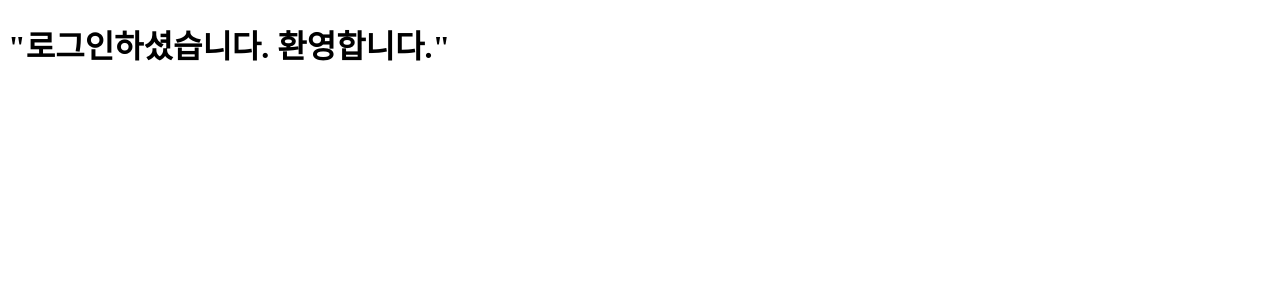
Repository: SimpleRan/jsp_paractice2
Page: http://localhost/JSPBasic/jspobject/cookie/login_ok.jsp
An editor plug-in stored every save of this project. The page is shown before and after the next save, followed by the edit.
The browser window is 1280 px wide. The pictures show the whole page.
The page is served by Tomcat 9.

Above is the page before, as saved 2022-03-29 08:36:04.

After the next save:
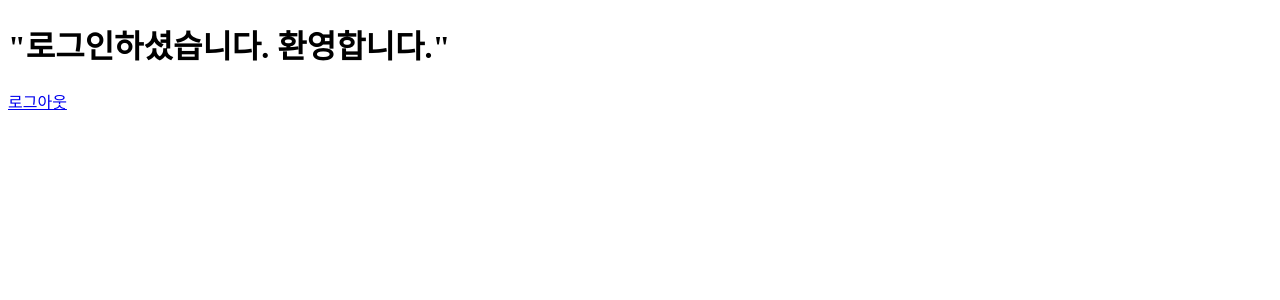
Saved 16 s later.
--- a/JSPBasic/src/main/webapp/jspobject/cookie/login_ok.jsp
+++ b/JSPBasic/src/main/webapp/jspobject/cookie/login_ok.jsp
@@ -9,6 +9,6 @@
 <body>
 
 <h1>"로그인하셨습니다. 환영합니다."</h1>
-<a href = ""
+<a href = "http://localhost:8181/JSPBasic/jspobject/cookie/cookie_login.jsp">로그아웃</a>
 </body>
 </html>
